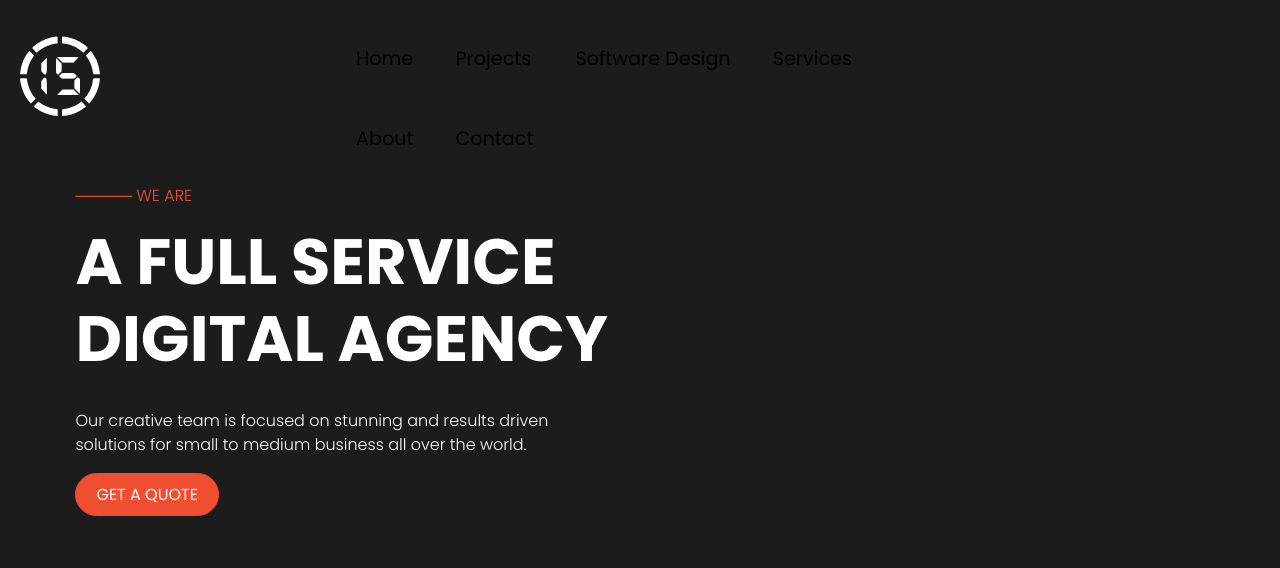
Repository: gopalpurohit54/one5
Page: /
The author's editor kept a copy of each file at every save. The page is drawn from the files as they stood at one save, then again after the next save.
The browser window is 1280 px wide. The pictures show the whole page.
The project was rebuilt for these pictures with package versions that can differ from the ones it lists, and the page was loaded fresh each time.

Above is the page before, as saved 2021-06-11 15:17:05.

After the next save:
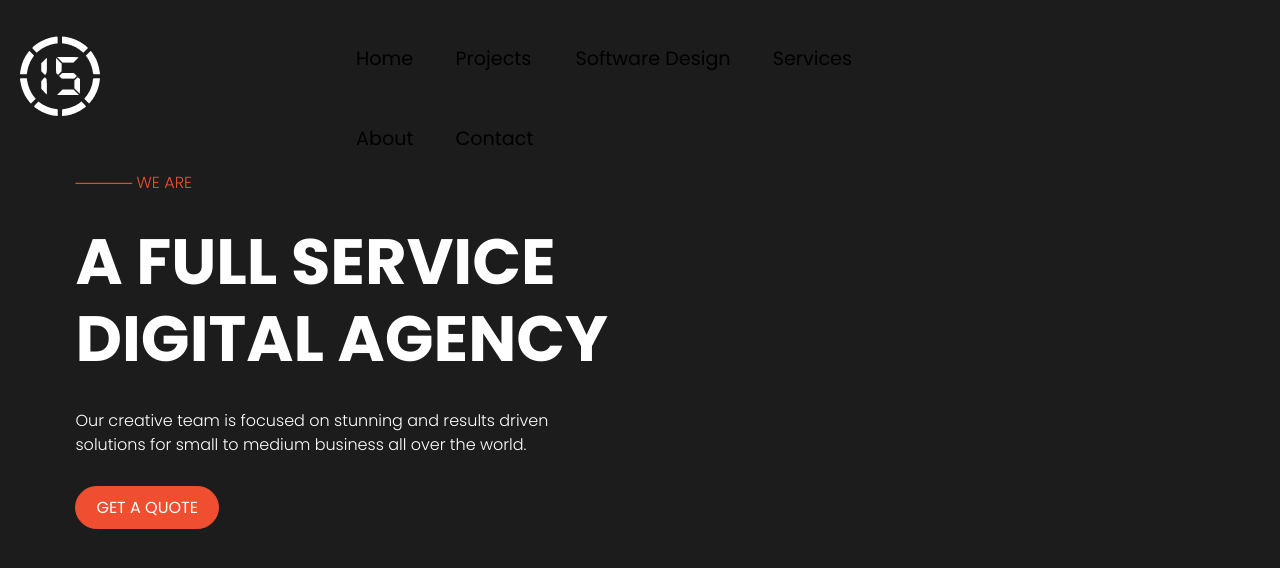
Saved 22 s later.
--- a/src/components/HeroSection.js
+++ b/src/components/HeroSection.js
@@ -42,7 +42,7 @@ function HeroSection() {
         }
 
         p {
-            margin-bottom: 1rem;
+            margin-bottom: 1.8rem;
             font-size: 1rem;
             line-height: 1.5;
             font-style: normal;
